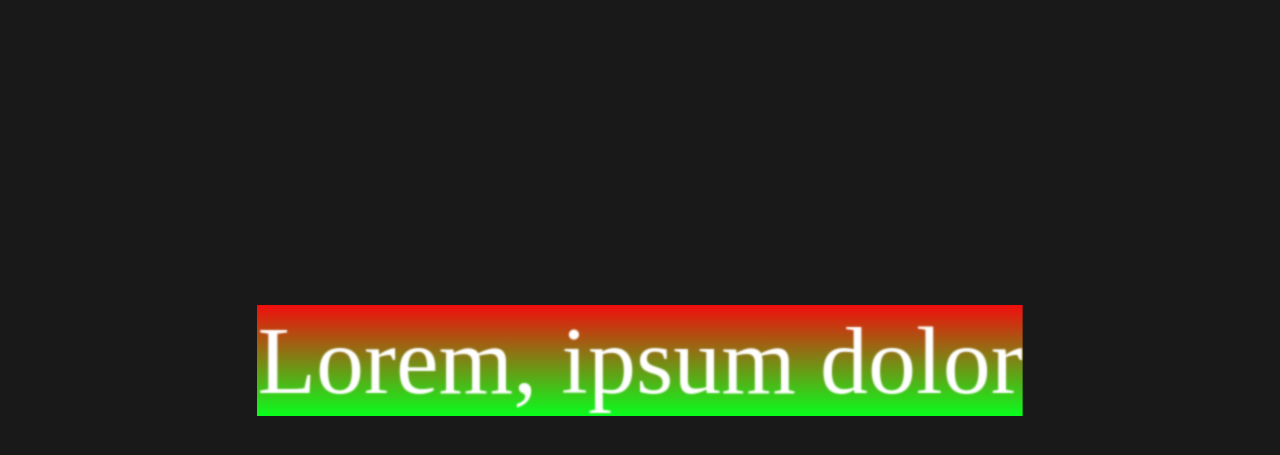
Repository: zuuo/--
Page: 文字颜色跑马灯/index.html
The author's editor kept a copy of each file at every save. The page is drawn from the files as they stood at one save, then again after the next save.
The browser window is 1280 px wide. The pictures show the whole page.
The style sheet was rebuilt from its Sass, Less or Tailwind sources for each picture, by a compiler version that may differ from the author's.

Above is the page before, as saved 2024-02-29 21:39:49.

### 文字颜色跑马灯/index.html
<!DOCTYPE html>
<html lang="en">

<head>
    <meta charset="UTF-8">
    <meta name="viewport" content="width=device-width, initial-scale=1.0">
    <title>Document</title>
    <link rel="stylesheet" href="./style.css">
</head>

<body>
    <div class="box">
        <p>Lorem, ipsum dolor</p>
    </div>
</body>

</html>

### 文字颜色跑马灯/style.less
body {
    margin: 0;
    padding: 0;
}

.box {
    width: 100vw;
    height: 100vh;
    background-color: #1a1919;
    font-size: 96px;
    display: flex;
    align-items: center;
    justify-content: center;

    p {
        text-shadow: 0 0 2px #fff;
        color: transparent;
        background-image: linear-gradient(to top, #09fd1d, #f10d0d);
        background-position: center;
        // background-clip: text;
        // -webkit-background-clip: text;
    }
}

After the next save:
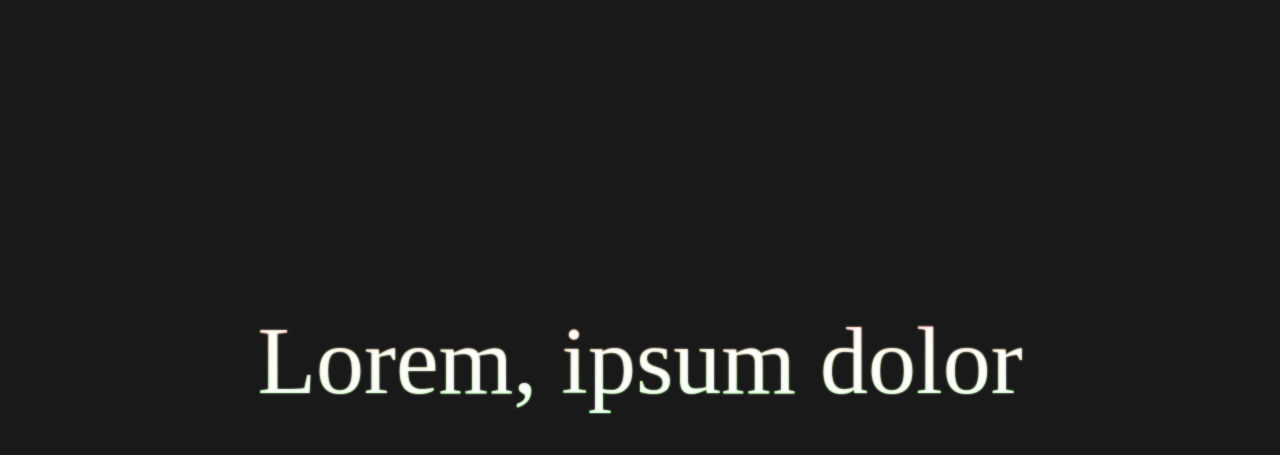
Saved 18 h 33 min later.
--- a/文字颜色跑马灯/style.less
+++ b/文字颜色跑马灯/style.less
@@ -17,7 +17,7 @@
         color: transparent;
         background-image: linear-gradient(to top, #09fd1d, #f10d0d);
         background-position: center;
-        // background-clip: text;
-        // -webkit-background-clip: text;
+        background-clip: text;
+        -webkit-background-clip: text;
     }
 }
